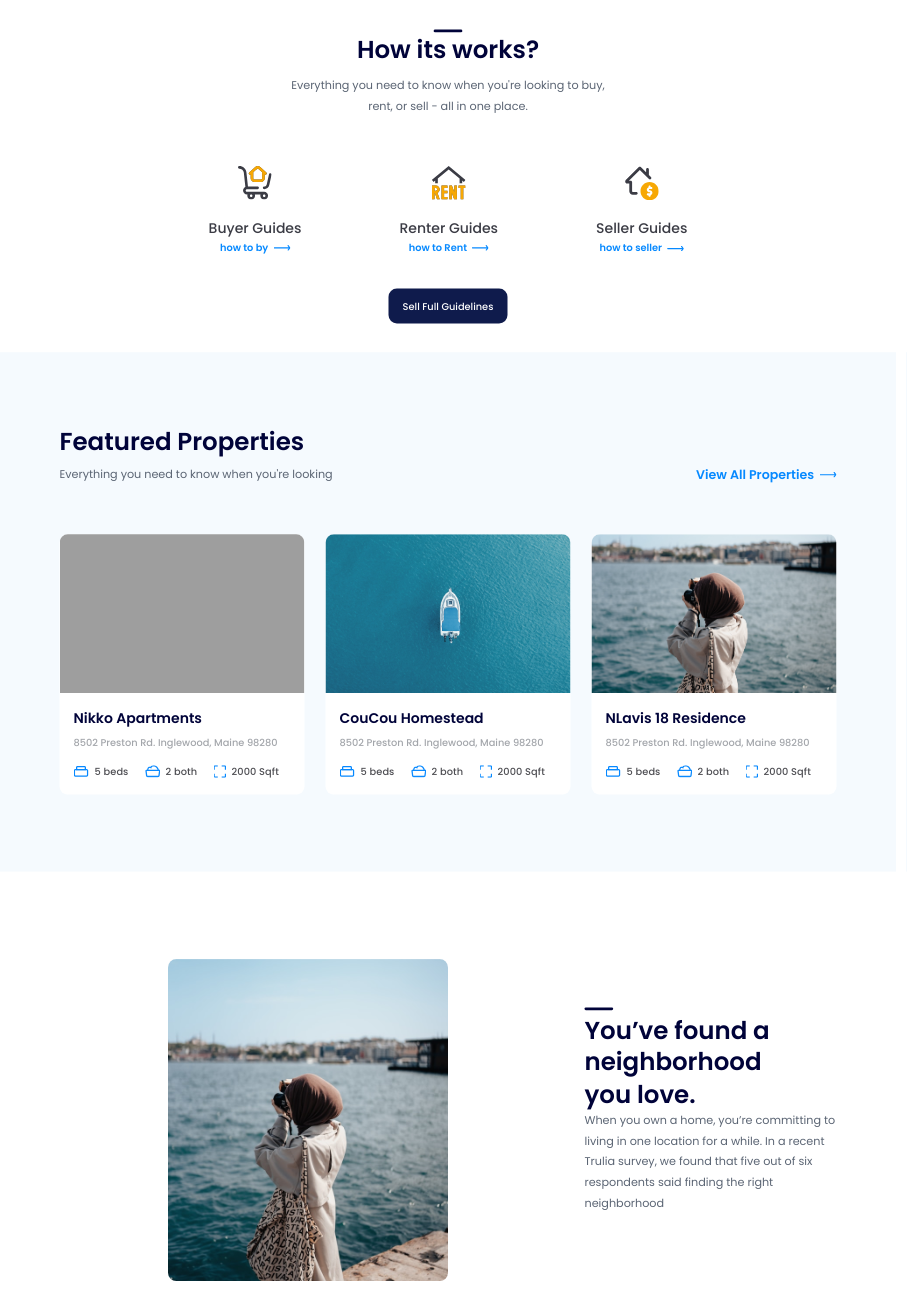
Repository: Kazuto-2004/f8-htmlcss-01
Page: index.html
The author's editor kept a copy of each file at every save. The page is drawn from the files as they stood at one save, then again after the next save.
The browser window is 1280 px wide. The page is 1295 px wide, so the pictures cover 1295 px, including what lies to the right of the window. The pictures show the part of the page from y = 1193 to 3073 px (the page is 3073 px tall), at 70% of full size.
Pictures or frames that could not be fetched are drawn as grey boxes.

Above is the page before, as saved 2023-07-15 09:26:39.

After the next save:
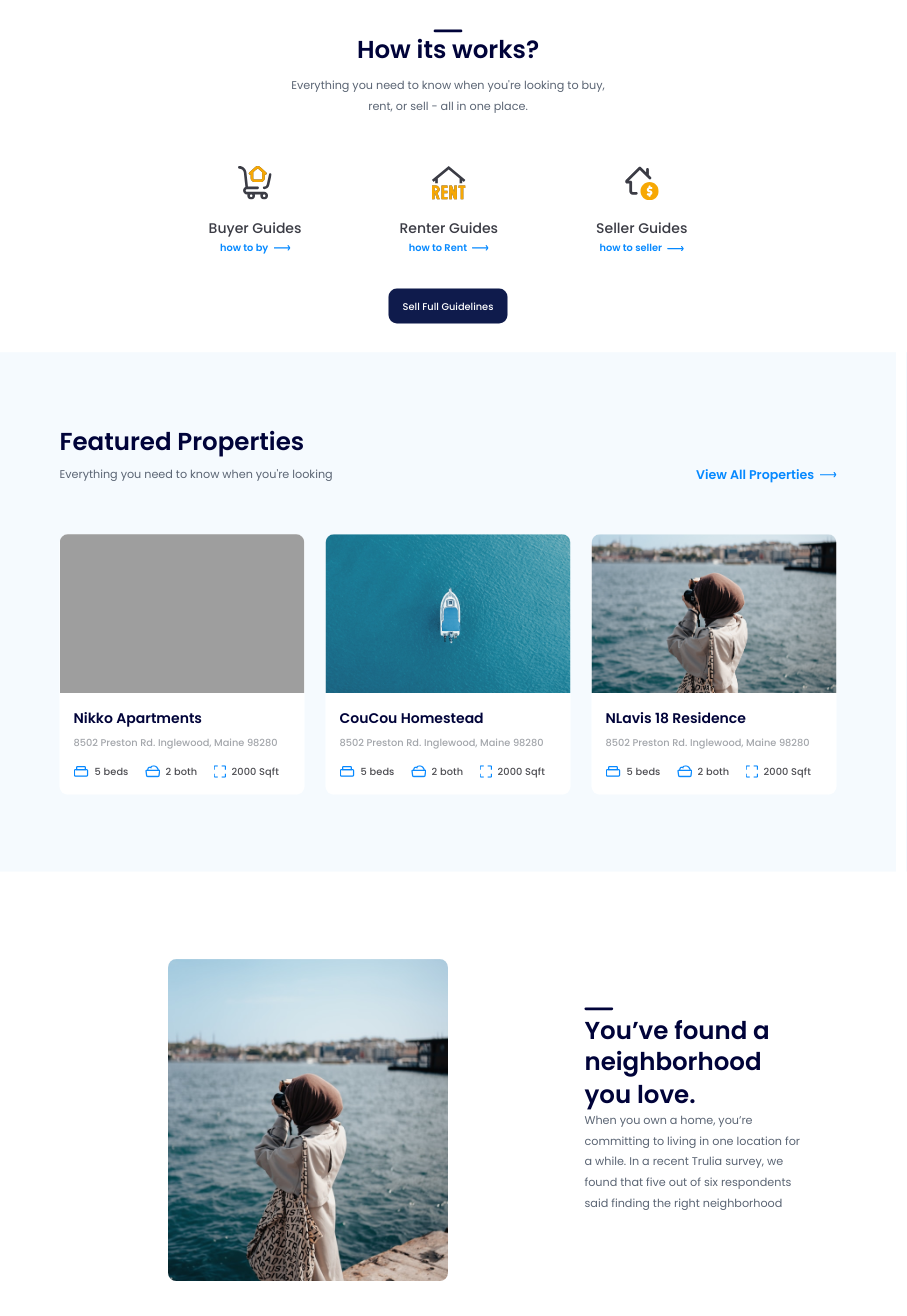
Saved 30 s later.
--- a/assets/css/styles.css
+++ b/assets/css/styles.css
@@ -391,10 +391,9 @@
 }
 
 .stats .desc {
+    width: 309px;
     color: #5A6473;
-
 font-size: 1.6rem;
-
 font-weight: 400;
 line-height: 1.87; /* 187.5% */
 }
